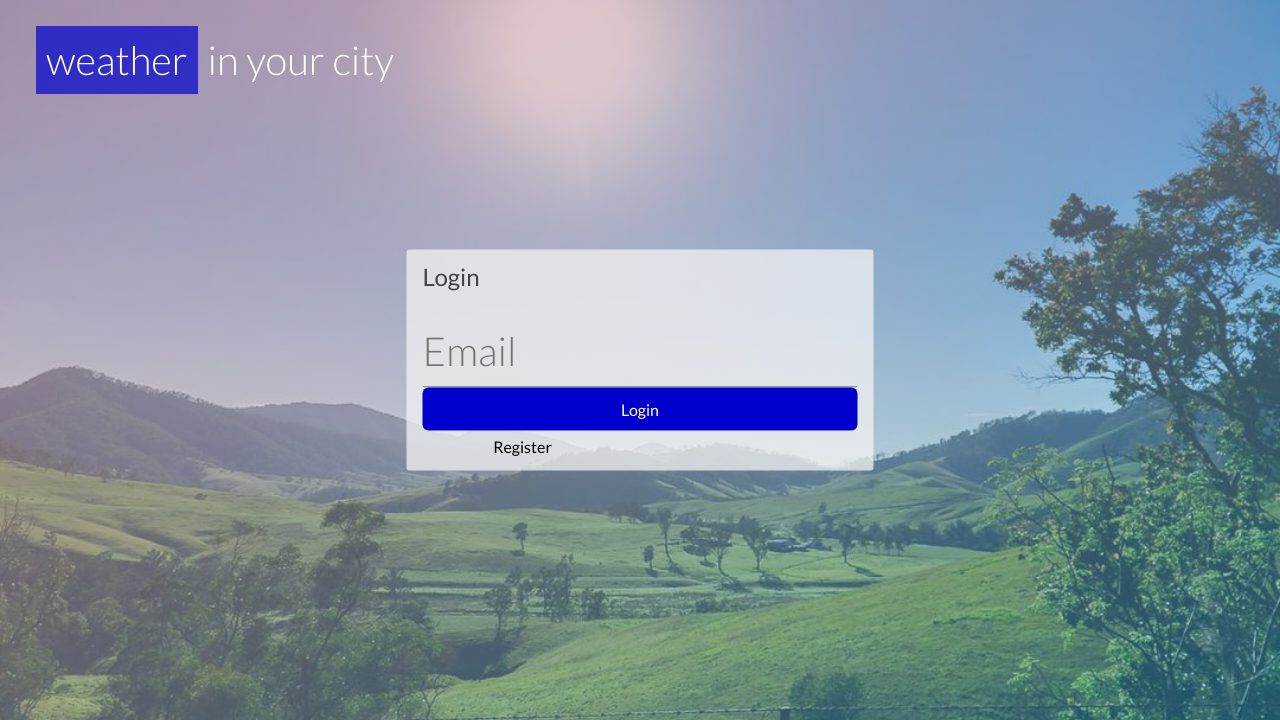
Repository: nosplashurinal/weather-app
Page: /, after clicking the first element matching `button.next`
The author's editor kept a copy of each file at every save. The page is drawn from the files as they stood at one save, then again after the next save.
The browser window is 1280 px wide. The pictures show the whole page.
The project was rebuilt for these pictures with package versions that can differ from the ones it lists, and the page was loaded fresh each time. Also part of the build but not shown: src/components/RecentSearches.vue, src/components/Search.vue, src/components/WeatherDataBlock.vue.

Above is the page before, as saved 2018-12-31 18:09:10.

### public/index.html
<!DOCTYPE html>
<html lang="en">

<head>
	<meta charset="utf-8">
	<meta http-equiv="X-UA-Compatible" content="IE=edge">
	<meta name="viewport" content="width=device-width,initial-scale=1.0">
	<link rel="icon" href="<%= BASE_URL %>favicon.ico">
	<link href="https://fonts.googleapis.com/css?family=Lato:300,400" rel="stylesheet">
	<title>weather-app</title>
</head>

<body>
	<noscript>
		<strong>We're sorry but weather-app doesn't work properly without JavaScript enabled. Please enable it to continue.</strong>
	</noscript>
	<div id="app"></div>
	<!-- built files will be auto injected -->
</body>

</html>

### src/App.vue
<template>
  <div class="root-container">
    <div class="bg" v-bind:style="{backgroundImage: `url(${bg})`}"></div>
    <div class="overlay"></div>
    <div class="title">
      <span>weather</span>
      <span>in your city</span>
    </div>
    <Login v-bind:isLoginError="isLoginError" v-if="!loginSuccess && !showRegistration" v-on:on-login="attemptLogin" v-on:open-registration="showRegistration = true" />
    <Registration v-if="showRegistration" v-on:on-success="showRegistration = false" />
    <div v-if="loginSuccess" class="search-container" v-bind:class="{resultActive: showResults}">
      <Search
        v-bind:message="message"
        v-bind:showLoading="isLoadingResults"
        v-bind:isError="isError"
        v-on:on-key-press="onClickSearch"
        v-on:on-change="onInputChange"
      />
      <transition name="ease">
        <div class="results-container" v-if="showResults">
          <WeatherDataBlock v-bind:weatherData="weatherData"/>
        </div>
      </transition>
    </div>
  </div>
</template>

<script>
import Search from "./components/Search.vue";
import WeatherDataBlock from "./components/WeatherDataBlock.vue";
import Login from "./components/Login.vue";
import Registration from "./components/Registration.vue";
import axios from "axios";

export default {
  name: "app",
  components: {
    Search,
    WeatherDataBlock,
    Login,
    Registration
  },
  data() {
    return {
      currentQueryValue: null,
      results: [],
      showResults: false,
      address: null,
      isError: false,
      message: null,
      searchQuery: null,
      isLoadingResults: false,
      units: "metric",
      weatherData: undefined,
      bg: "/images/bg.jpg",
      weatherBg: null,
      screenWidth: window.innerWidth,
      screenHeight: window.innerHeight,
      showRegistration: false,
      loginSuccess: false,
      isLoginError: false
    };
  },
  created: function() {
    if (!JSON.parse(window.localStorage.getItem("user"))) {
      this.showRegistration = true;
    }
  },
  mounted: function() {
    if (JSON.parse(window.localStorage.getItem("searches"))) {
      this.validateRecentSearches();
    }
  },
  watch: {
    async searchQuery(newQuery) {
      let storedWeatherData;
      this.showResults = false;

      // Check if anything is saved in localStorage
      if (window.localStorage.getItem("searches")) {
        // Now, check if the current query matches anything in localStorage
        storedWeatherData = this.getFromLocalStorage(newQuery);
      } else {
        // Create an empty object in localStorage
        window.localStorage.setItem("searches", null);
      }
      if (storedWeatherData) {
        this.isLoadingResults = true;
        // Translate localStorage data into the format needed to display the data
        setTimeout(
          () =>
            (this.weatherData = this.parseStoredWeatherData(
              storedWeatherData.result
            )),
          0.0001
        );
      } else {
        this.isLoadingResults = true;
        try {
          let weatherData = await this.fetchWeatherDataForCity(
            this.searchQuery
          );
          const formattedData = this.parseApiResponse(newQuery, weatherData);
          this.pushDataToLocalStorage(formattedData);
          this.weatherData = formattedData.result;
        } catch {
          this.isLoadingResults = false;
          this.isError = true;
        }
      }
    },
    weatherData() {
      this.isLoadingResults = false;
      this.showResults = true;
      this.changeBackgroundImage();
    }
  },
  methods: {
    async validateRecentSearches() {
      let storedData = window.localStorage.getItem("searches");
      let storedDataObject = JSON.parse(storedData);
      let promiseArray = [];
      let newDataObject = [];
      storedDataObject.forEach(({ result }) => {
        promiseArray.push(this.fetchWeatherDataForCity(result.name));
      });
      let responseArray = await Promise.all(promiseArray);
      responseArray.forEach((data, index) => {
        const formattedData = this.parseApiResponse(
          storedDataObject[index].query,
          data
        );
        newDataObject.push(formattedData);
      });
      window.localStorage.setItem("searches", JSON.stringify(newDataObject));
    },
    timeDifferenceBetwenNowAndDate(d) {
      const date = new Date(d * 1000);
      const now = new Date();
      return (now.getTime() - date.getTime()) / (1000 * 60);
    },
    attemptLogin(e) {
      const user = window.localStorage.getItem("user");
      if (user === e) {
        this.loginSuccess = true;
      } else {
        this.isLoginError = true;
      }
    },
    onInputChange() {
      if (this.isError) this.isError = false;
    },
    pushDataToLocalStorage(newDataItem) {
      let storedData = window.localStorage.getItem("searches");
      let storedDataObject = JSON.parse(storedData);
      let newDataObject = [];
      if (storedDataObject) {
        newDataObject = [...storedDataObject, newDataItem];
      } else {
        newDataObject.push(newDataItem);
      }
      window.localStorage.setItem("searches", JSON.stringify(newDataObject));
    },
    parseApiResponse(query, data) {
      return {
        query,
        result: {
          id: data.sys.id,
          temp: data.main.temp,
          name: data.name,
          country: data.sys.country,
          icon: data.weather[0].icon,
          description: data.weather[0].description,
          date: data.dt,
          humidity: data.wind.speed,
          wind: data.main.humidity
        }
      };
    },
    parseStoredWeatherData(data) {
      return {
        name: data.name,
        country: data.country,
        humidity: data.humidity,
        temp: data.temp,
        wind: data.wind,
        icon: data.icon,
        description: data.description,
        date: data.date
      };
    },
    getFromLocalStorage(i) {
      const localStorage = window.localStorage;
      const searchObject = JSON.parse(localStorage.getItem("searches"));
      if (searchObject) {
        return searchObject.find(item => item.query === i);
      } else {
        return null;
      }
    },
    onClickSearch(e) {
      this.searchQuery = e;
    },
    fetchWeatherDataForCity(city) {
      return new Promise((resolve, reject) => {
        axios
          .get(
            `http://api.openweathermap.org/data/2.5/weather?q=${city}&APPID=7c519880689160b16f5d233f16f2868d${
              this.units === "metric" ? "&units=metric" : ""
            }`
          )
          .then(response => {
            if (response.status === 404) {
              reject(response.err);
            } else {
              resolve(response.data);
            }
          })
          .catch(() => {
            this.isError = true;
            this.isLoadingResults = false;
            return;
          });
      });
    },
    changeBackgroundImage() {
      var newImg = new Image();
      newImg.onload = () => (this.bg = newImg.src);
      newImg.src = `https://loremflickr.com/1920/1080/${
        this.weatherData.description
      }`;
    }
  }
};
</script>

<style lang="scss" src="@/styles/app.scss">
</style>

### src/styles/app.scss
@import "./global.scss";
@import "./constants.scss";

.root-container {
  width: 100%;
  height: auto;
  overflow-y: scroll;
  overflow-x: hidden;
  font-size: 16px;
}
.bg {
  position: absolute;
  background-repeat: no-repeat;
  background-size: cover;
  background-position: center;
  -webkit-transition: background-image 500ms ease-in-out;
  transition: background-image 500ms ease-in-out;
  width: 100%;
  height: 100%;
}
.overlay {
  position: absolute;
  width: 100%;
  height: 100%;
  background-image: linear-gradient(
    to bottom right,
    rgba(230, 154, 154, 0.65),
    rgba(44, 181, 232, 0.4)
  );
}
.title {
  position: absolute;
  top: 36px;
  left: 36px;
  width: auto;
  height: auto;
  text-align: center;
  font-size: 2.5em;
  color: #fff;
  font-family: $font-primary;
  font-weight: 100;
  > span {
    padding: 0.25em;
    &:nth-child(1) {
      background-color: rgba($blue, 0.7);
    }
  }
}
.search-container {
  position: absolute;
  top: 50%;
  transform: translate(-50%, -50%);
  left: 50%;
  .results-container {
    margin-top: 4em;
    z-index: 9;
  }
}
.ease-enter-active,
.ease-leave-active {
  transition: all 900ms cubic-bezier(0, 0.57, 0.01, 0.97);
}
.ease-enter, .ease-leave-to /* .fade-leave-active below version 2.1.8 */ {
  opacity: 0;
  transform: scale(0.9) translate(0, 50px);
}
.slide-enter-active, .slide-leave-active {
  transition: opacity 350ms ease-in-out;
}
.slide-enter /* .fade-leave-active below version 2.1.8 */ {
  opacity: 0;
}

### src/styles/global.scss
html, body {
	position: relative;
	width: 100%;
	height: 100%;
}

body {
	color: #333;
	margin: 0;
	padding: 0;
	box-sizing: border-box;
	font-family: -apple-system, BlinkMacSystemFont, "Segoe UI", Roboto, Oxygen-Sans, Ubuntu, Cantarell, "Helvetica Neue", sans-serif;
}

a {
	color: rgb(0,100,200);
	text-decoration: none;
}

a:hover {
	text-decoration: underline;
}

a:visited {
	color: rgb(0,80,160);
}

label {
	display: block;
}

input, button, select, textarea {
	font-family: inherit;
	font-size: inherit;
	padding: 0.4em;
	margin: 0 0 0.5em 0;
	box-sizing: border-box;
	border: 1px solid #ccc;
	border-radius: 2px;
}

input:disabled {
	color: #ccc;
}

button {
	background-color: #f4f4f4;
	outline: none;
}

button:active {
	background-color: #ddd;
}

button:focus {
	border-color: #666;
}

p {
	margin: 0;
	padding: 0;
}

ul {
	list-style: none;
}
input:focus {
	outline: 0;
}
button {
	border: 0;
}

### src/styles/constants.scss
$blue: rgb(0, 0, 205);
$font-primary: "Lato", sans-serif;

### src/components/Login.vue
<template>
  <div class="login">
    <p>Login</p>
    <div class="login-container">
      <input
        ref="loginInput"
        autocomplete="off"
        type="email"
        name="email"
        class="email"
        id="email"
        placeholder="Email"
        v-on:keypress="onKeyPress"
      >
      <small
        v-if="isLoginError"
        class="error-message"
      >Oops, we could not find you. Try again or register.</small>
      <button type="button" v-on:click="onClickLogin" class="login-button">Login</button>
    </div>
    <button v-on:click="openRegistration" class="register-button">Register</button>
  </div>
</template>
<script>
export default {
  name: "Login",
  props: {
    isLoginError: Boolean
  },
  methods: {
    onKeyPress(e) {
      if (e.key === "Enter") this.$emit("on-login", e.target.value);
    },
    onClickLogin() {
      this.$emit("on-login", this.$refs.loginInput);
    },
    openRegistration() {
      this.$emit("on-registration");
    }
  }
};
</script>
<style lang="scss" src="@/styles/login.scss">
</style>

### src/components/Registration.vue
<template>
  <div class="registration">
    <p>Please take a few moments to register.</p>
    <div class="fields-container">
      <input
        placeholder="Enter your Email"
        autofocus
        autocomplete="off"
        type="email"
        name="email"
        class="email"
        id="email"
        v-model="email"
      >
      <input
        placeholder="Enter your Name"
        autofocus
        autocomplete="off"
        type="text"
        name="name"
        class="name"
        id="name"
        v-model="name"
      >
      <input
        placeholder="Mobile"
        autofocus
        autocomplete="off"
        type="phone"
        name="mobile"
        class="mobile"
        id="mobile"
        v-model="mobile"
      >
      <input
        placeholder="Where are you located?"
        autofocus
        autocomplete="off"
        type="text"
        name="location"
        class="location"
        id="location"
        v-model="location"
      >
    </div>
    <button type="button" class="next" v-on:click="onRegister">Next</button>
  </div>
</template>
<script>
export default {
  name: "Registration",
  data() {
    return {
      email: null,
      name: null,
      mobile: null,
      location: null
    };
  },
  methods: {
    onRegister() {
      const { email, name, mobile, location } = this;
      const userObject = {
        email,
        name,
        mobile,
        location
      };
      window.localStorage.setItem("user", JSON.stringify(userObject));
      this.$emit("on-success");
    }
  }
};
</script>
<style lang="scss" src="@/styles/registration.scss">
</style>

### src/styles/login.scss
@import "./constants.scss";

.login {
  position: absolute;
  top: 50%;
  transform: translate(-50%, -50%);
  left: 50%;
  background: rgba(#f2f2f2, 0.75);
  border-radius: 3px;
  font-family: "Lato", sans-serif;
  padding: 0 1em;
  p {
    color: #434343;
    position: relative;
    font-size: 1.5em;
    padding: 0.5em 0;
    margin-bottom: 0.5em;
    flex: none;
    width: 100%;
  }
  .login-container {
    display: flex;
    flex-direction: column;
    input {
      color: #434343;
      background: transparent;
      border: 0;
      display: block;
      border-bottom: 1px solid #434343;
      font-size: 2.5em;
      font-weight: 300;
      margin: 0;
      flex: 0 1 100%;
      height: auto;
      padding: 0;
      padding: 0.3em 0;
      position: relative;
      flex-wrap: wrap;
      &:focus {
        background: transparent;
        border: 0;
        border-bottom: 1px solid #434343;
        outline: none;
        box-shadow: none;
      }
      ::-webkit-input-placeholder {
        /* Chrome/Opera/Safari */
        color: #434343;
      }
      ::-moz-placeholder {
        /* Firefox 19+ */
        color: #434343;
      }
    }
    .login-button {
      background: $blue;
      color: #fff;
      text-align: center;
      border-radius: 6px;
      cursor: pointer;
      flex: 0 1 100%;
      width: auto;
      height: auto;
      padding: 0.75em;
      display: block;
      margin: 0;
    }
    .error-message {
      flex: 0 0 100%;
      color: #cc0000;
      margin-top: 0.5em;
    }
  }
  .register-button {
    width: 200px;
    height: auto;
    background: none;
    cursor: pointer;
    &:hover {
      text-decoration: underline;
    }
  }
  .fade-enter-active,
  .fade-leave-active {
    transition: opacity 350ms ease-in-out;
  }
  .fade-enter, .fade-leave-to /* .fade-leave-active below version 2.1.8 */ {
    opacity: 0;
  }
}

### src/styles/registration.scss
@import "./constants.scss";

.registration {
  position: absolute;
  top: 50%;
  transform: translate(-50%, -50%);
  left: 50%;
  background: rgba(#f2f2f2, 0.75);
  border-radius: 3px;
  font-family: "Lato", sans-serif;
  padding: 0 1em;
  p {
    color: #434343;
    position: relative;
    font-size: 1.5em;
    padding: 0.5em 0;
    margin-bottom: 0.5em;
  }
  .fields-container {
    position: relative;
    padding: 0 1.25em;
    ::-webkit-input-placeholder { /* Chrome/Opera/Safari */
      color: #434343;
    }
    ::-moz-placeholder { /* Firefox 19+ */
      color: #434343;
    }
    input {
      color: #434343;
      background: transparent;
      border: 0;
      display: block;
      border-bottom: 1px solid #434343;
      font-size: 1.5em;
      font-weight: 300;
      margin: 0;
      width: 100%;
      height: auto;
      padding: 0;
      padding: 0.3em 0;
      margin-bottom: 1em;
      &::focus {
        background: transparent;
        border: 0;
        border-bottom: 1px solid #434343;
        outline: none;
        box-shadow: none;
      }
    }
  }
  .next {
    background: $blue;
    color: #fff;
    padding: 0.75em;
    margin-right: 1em;
    border-radius: 6px;
    cursor: pointer;
    float: right;
  }
}

Loaded but not shown: src/main.js (common file)

After the next save:
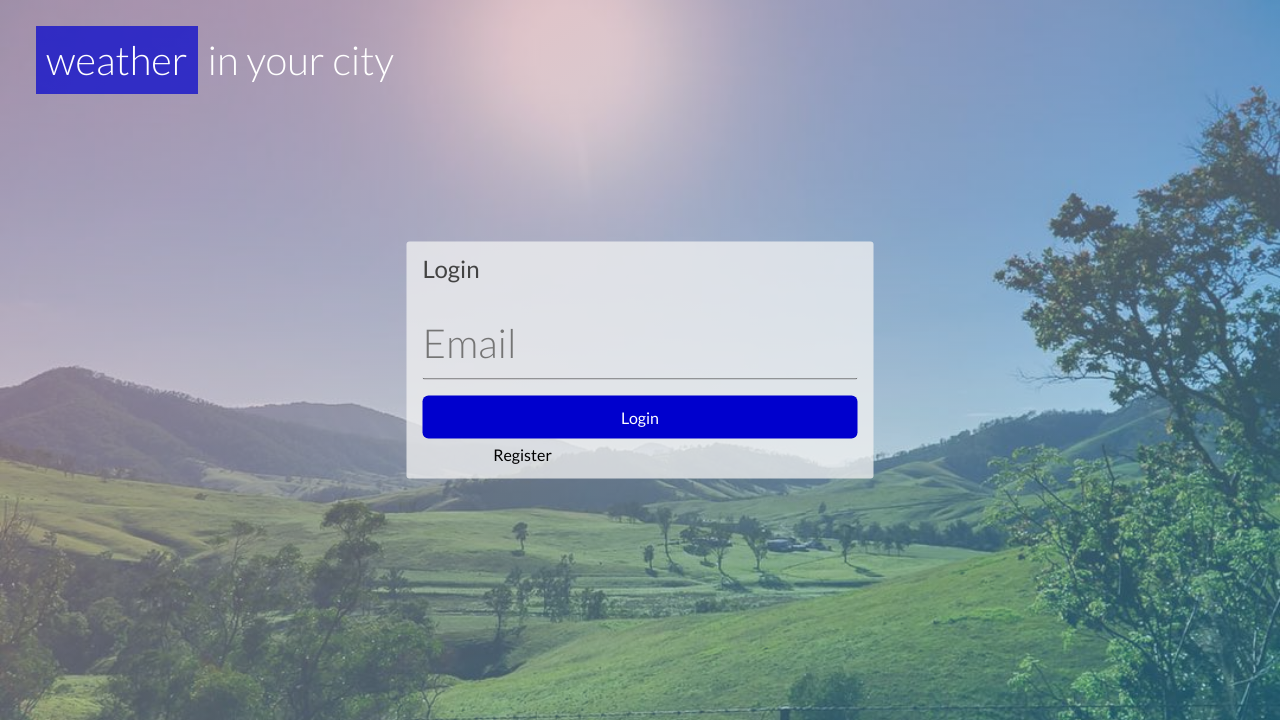
Saved 22 s later.
--- a/src/styles/login.scss
+++ b/src/styles/login.scss
@@ -64,8 +64,10 @@
       padding: 0.75em;
       display: block;
       margin: 0;
+      margin-top: 1em;
     }
     .error-message {
+      position: absolute;
       flex: 0 0 100%;
       color: #cc0000;
       margin-top: 0.5em;
